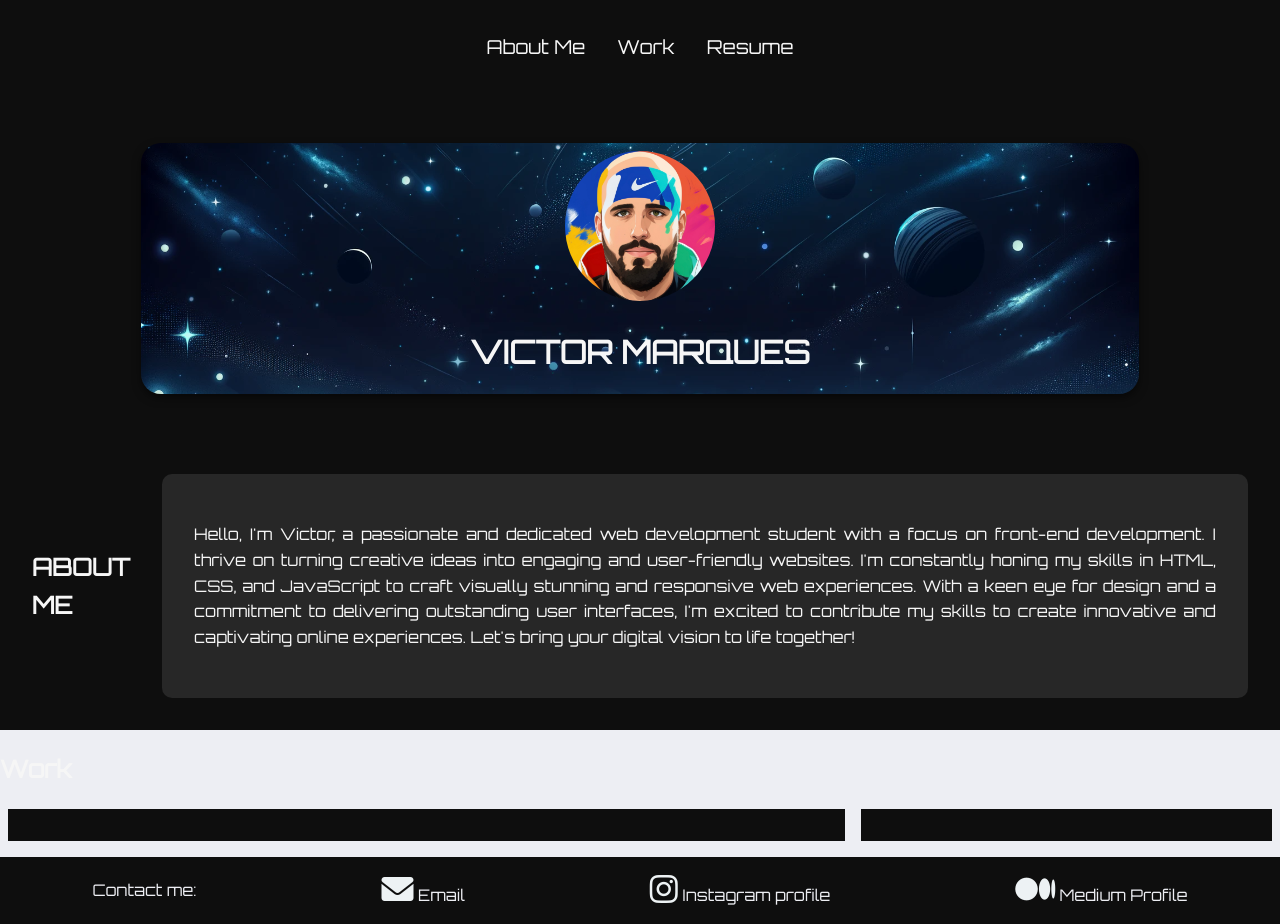
Repository: uvee35/Challenge2-Victor
Page: index.html
These files come from the project's save history. The page is drawn as it stood at one moment and after the next save; the edit follows.
The browser window is 1280 px wide. The pictures show the whole page.

Above is the page before, as saved 2023-12-11 22:59:27.

After the next save:
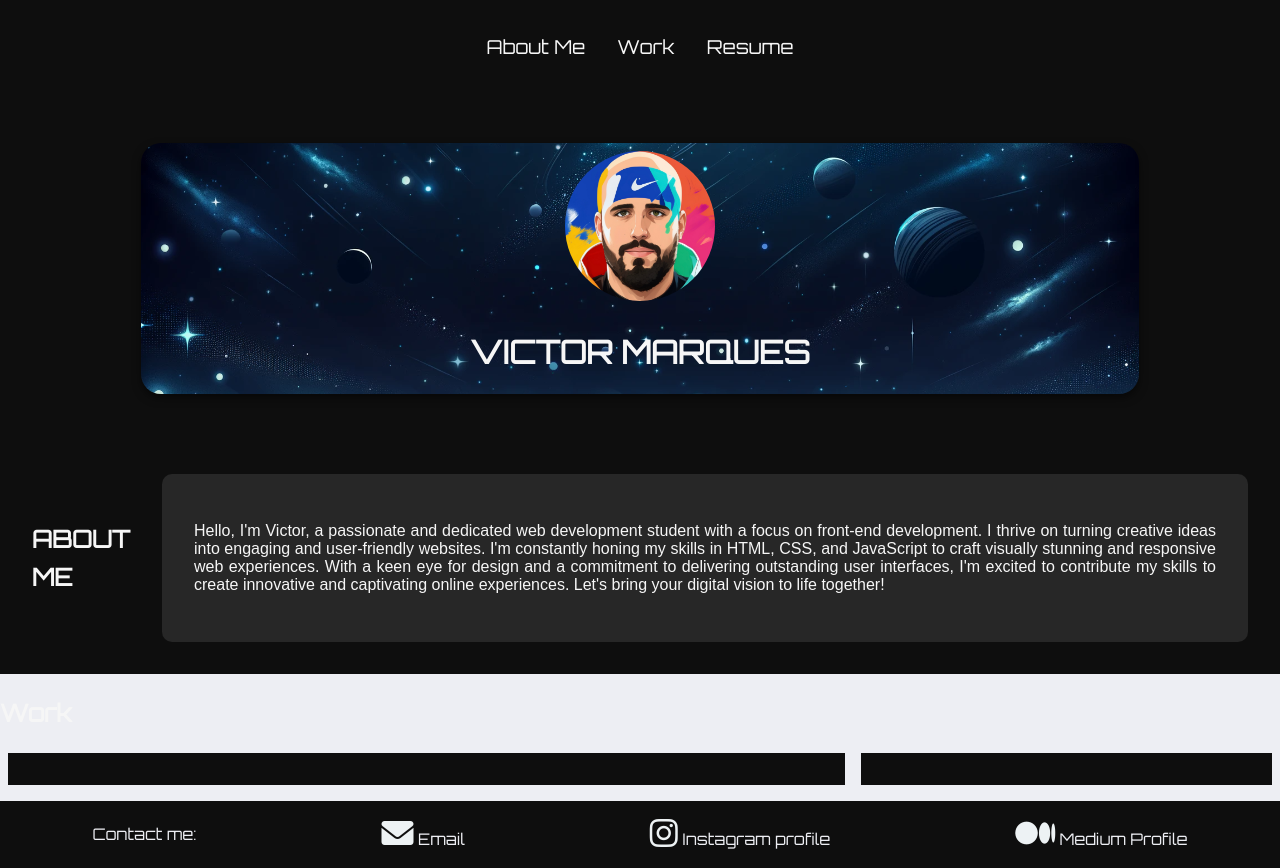
Saved 2 min 10 s later.
--- a/assets/style.css
+++ b/assets/style.css
@@ -121,6 +121,7 @@
   color: var(--font-color);
   font-size: 1rem;
   text-align: justify;
+  font: 1em sans-serif;
 }
 
 .work__projects {

After the save that followed:
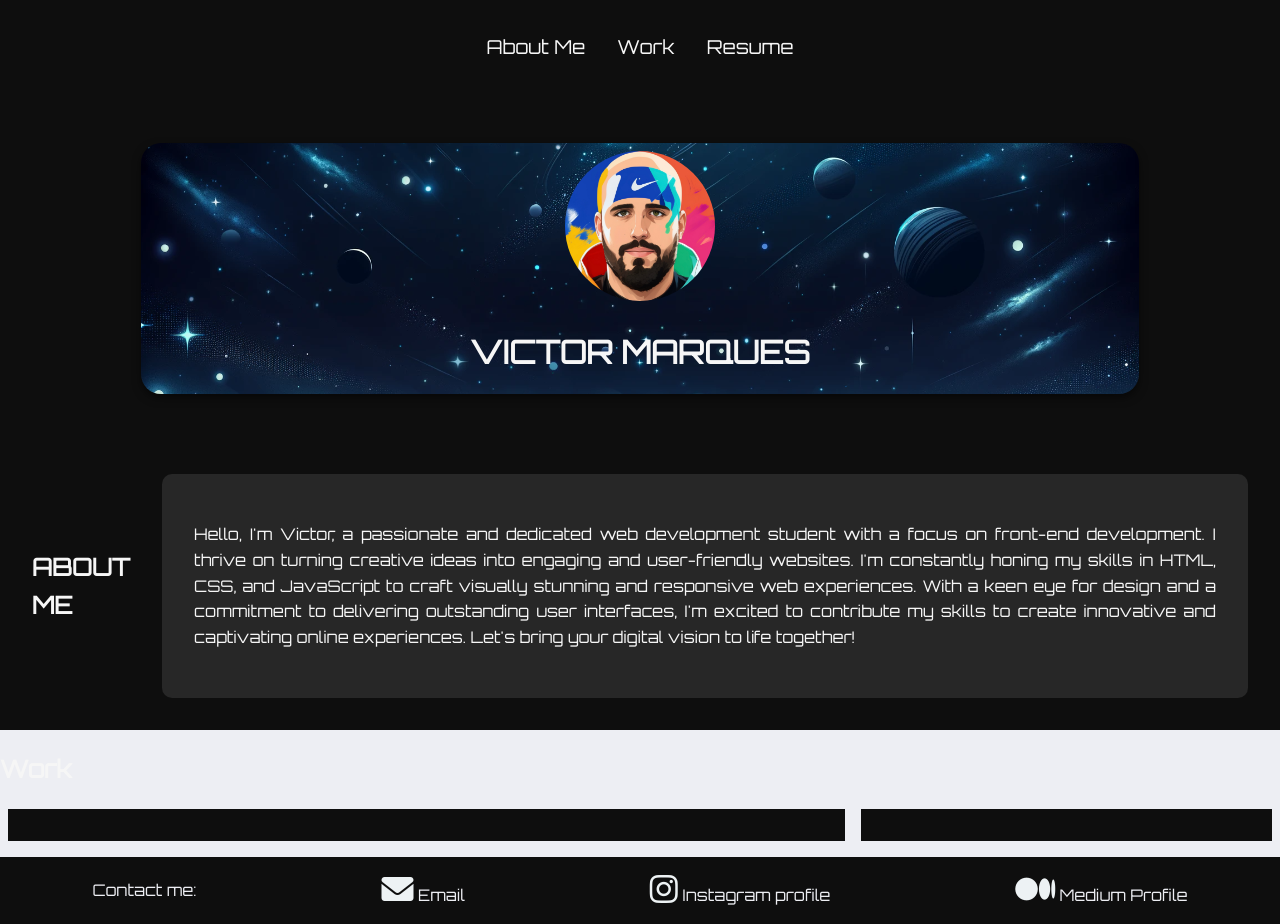
Saved 11 s later.
--- a/assets/style.css
+++ b/assets/style.css
@@ -121,7 +121,7 @@
   color: var(--font-color);
   font-size: 1rem;
   text-align: justify;
-  font: 1em sans-serif;
+
 }
 
 .work__projects {
